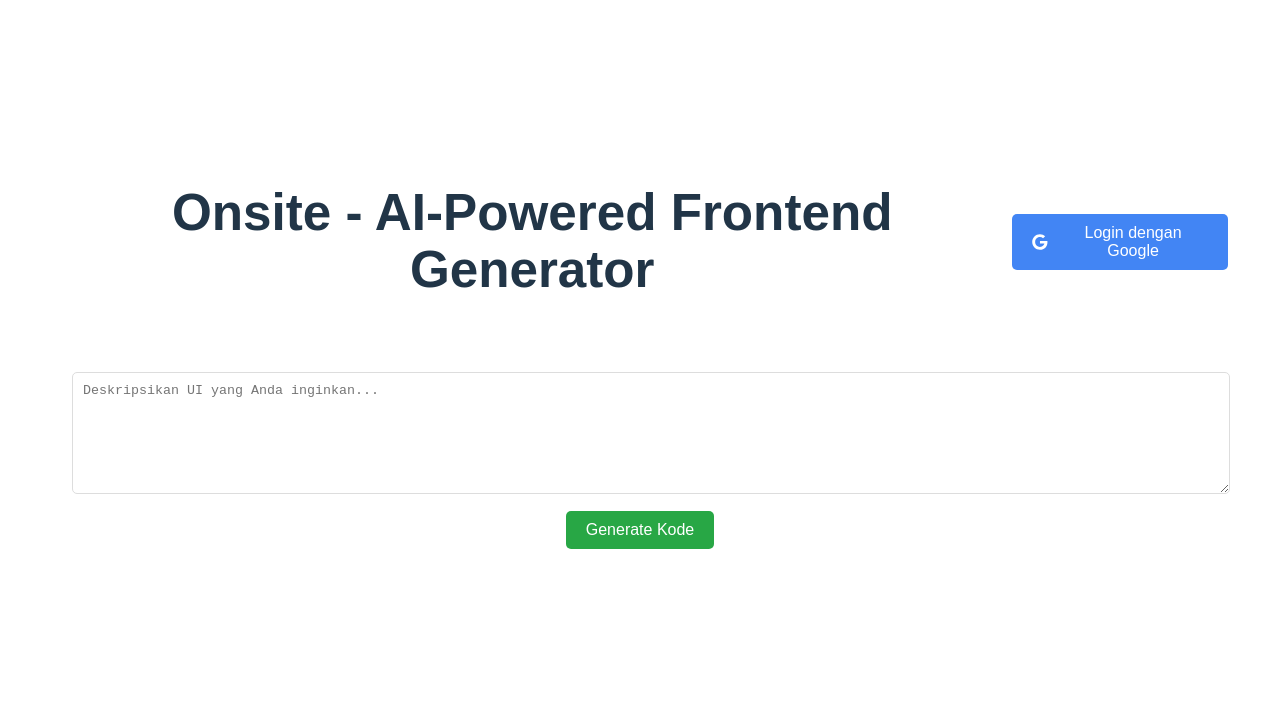
Repository: arifsoul/onsite
Page: / (app in onsite/)
An editor plug-in stored every save of this project. The page is shown before and after the next save, followed by the edit.
The browser window is 1280 px wide. The pictures show the whole page.
The project was rebuilt for these pictures with package versions that can differ from the ones it lists, and the page was loaded fresh each time. Also part of the build but not shown: onsite/vite.config.js, onsite/src/components/Editor/CSSPanel.jsx, onsite/src/components/Editor/JSPanel.jsx, onsite/src/components/Editor/ComponentEditor.css, onsite/src/components/Editor/ComponentEditor.jsx, onsite/src/pages/Editor.jsx, onsite/src/pages/Login.css, onsite/src/pages/Login.jsx.

Above is the page before, as saved 2025-04-14 16:28:15.

After the next save:
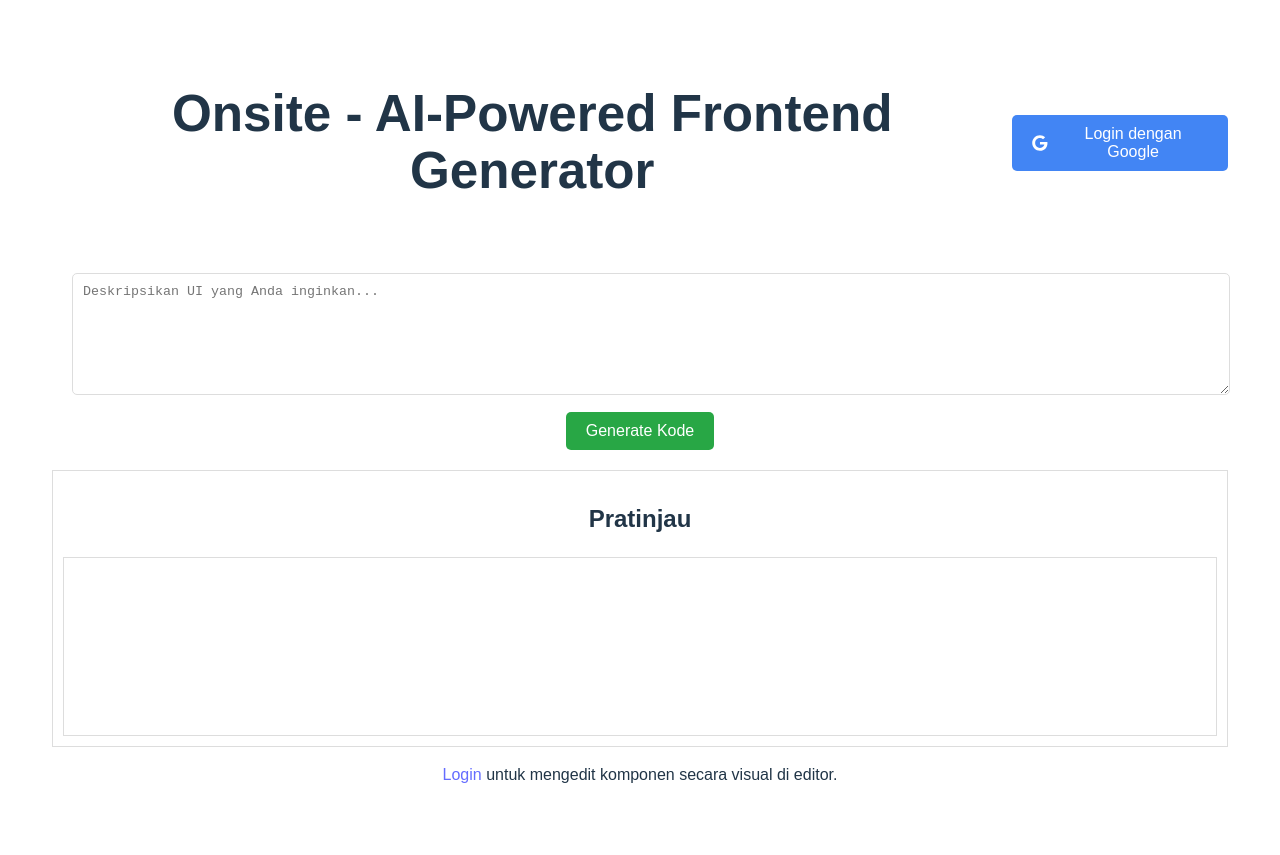
Saved 5 min 25 s later.
--- a/onsite/src/pages/Home.jsx
+++ b/onsite/src/pages/Home.jsx
@@ -1,8 +1,13 @@
+import { useAuth0 } from '@auth0/auth0-react';
 import AIGenerator from '../components/Generator/AIGenerator';
 import GoogleLogin from '../components/Auth/GoogleLogin';
+import LivePreview from '../components/Preview/LivePreview';
+import { Link } from 'react-router-dom';
 import './Home.css';
 
 const Home = () => {
+  const { isAuthenticated } = useAuth0();
+
   return (
     <div className="home-container">
       <header>
@@ -11,6 +16,19 @@
       </header>
       <main>
         <AIGenerator />
+        <div className="preview-container">
+          <h2>Pratinjau</h2>
+          <LivePreview />
+        </div>
+        {isAuthenticated ? (
+          <Link to="/editor" className="editor-link">
+            Buka Editor untuk Mengedit Komponen
+          </Link>
+        ) : (
+          <p>
+            <Link to="/login">Login</Link> untuk mengedit komponen secara visual di editor.
+          </p>
+        )}
       </main>
     </div>
   );
